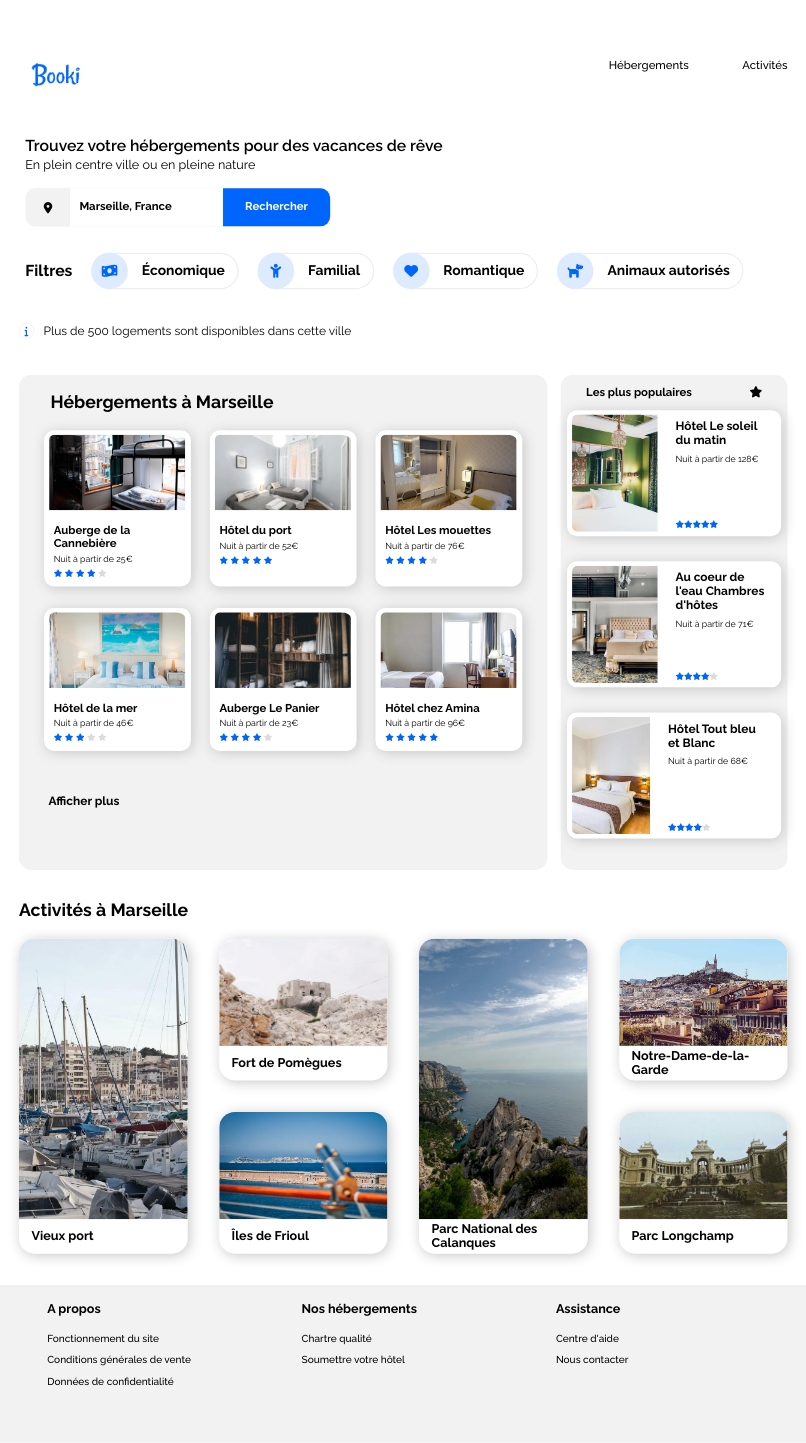
Repository: leandroBarbosaFR/booki
Page: index.html
These files come from the project's save history. The page is drawn as it stood at one moment and after a run of saves; the edit follows.
The browser window is 1280 px wide. The pictures show the whole page, at 63% of full size.

Above is the page before, as saved 2022-07-22 15:35:52.

After the next 2 saves:
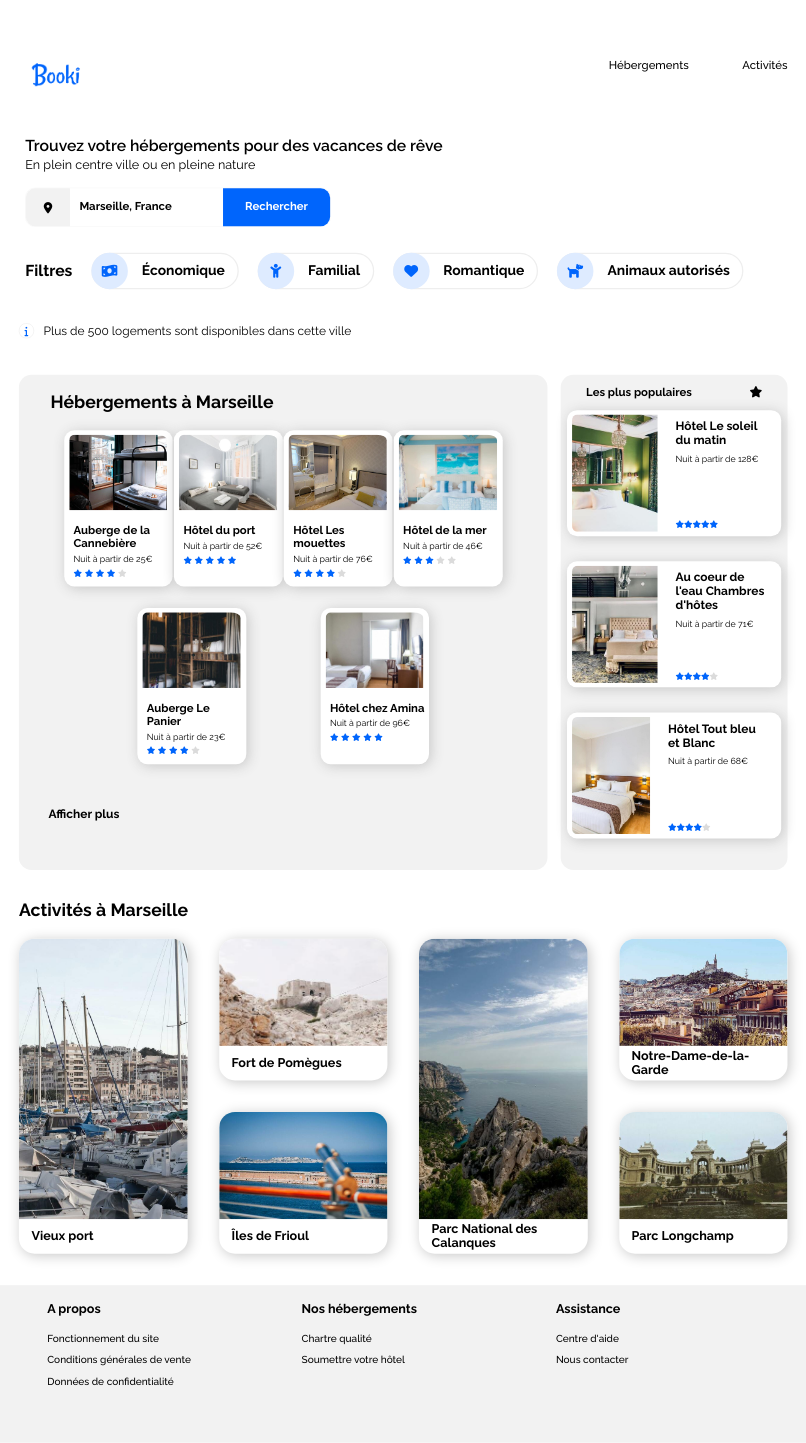
The 2 saves are shown as one change because they came seconds apart.
The last was saved 3 min 30 s later.
--- a/css/style.css
+++ b/css/style.css
@@ -590,7 +590,7 @@
     width: calc(100% / 2 - 177px);
   }
   .column {
-      padding: 0 10px;
+      padding: 0 70px;
   }
   .columndeux {
       padding: 0 10px;
